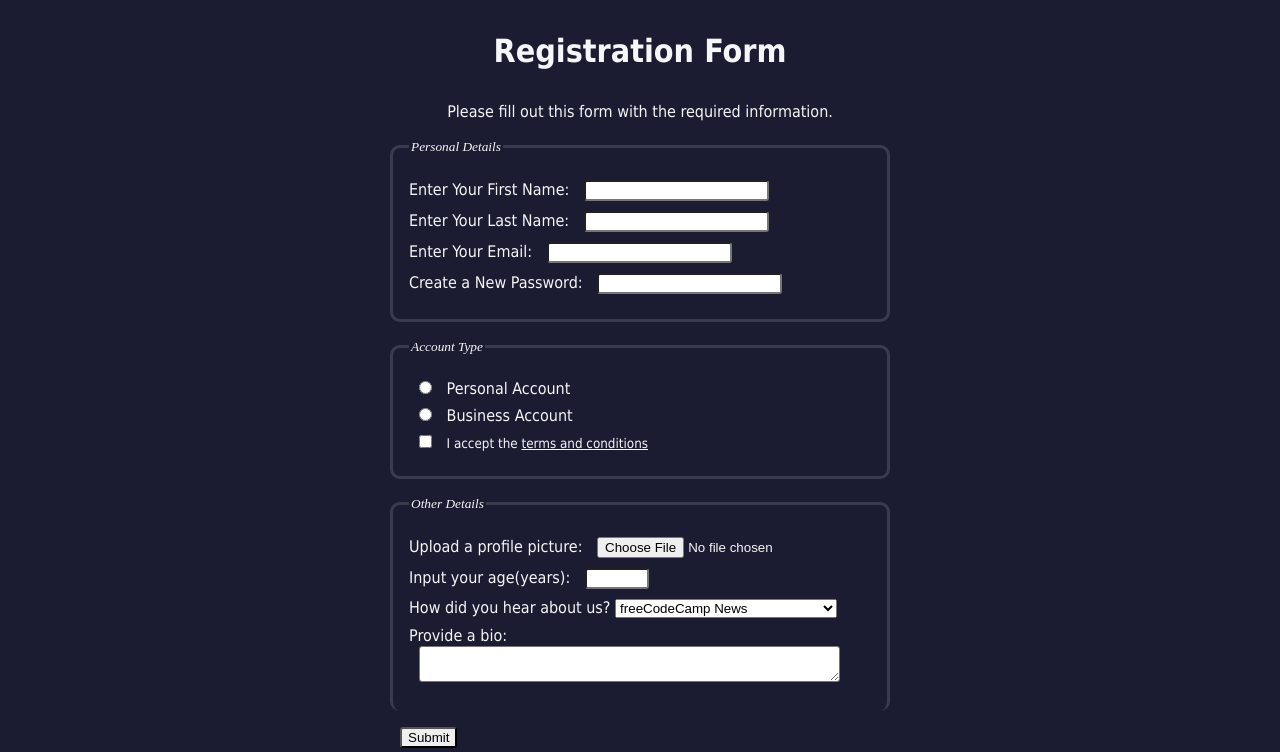
Repository: Lungdjos/registration_form
Page: index.html
An editor plug-in stored every save of this project. The page is shown before and after the next save, followed by the edit.
The browser window is 1280 px wide. The pictures show the whole page.

Above is the page before, as saved 2023-09-29 09:25:24.

### index.html
<!DOCTYPE html>
<html lang="en">

<head>
    <meta charset="UTF-8">
    <meta name="viewport" content="width=device-width, initial-scale=1.0">
    <title>Registration Form</title>
    <link rel="stylesheet" href="indexStyles.css">
</head>

<body>
    <h1>Registration Form</h1>
    <p>Please fill out this form with the required information.</p>
    <form action="https://register-demo.freecodecamp.org" method="post">
        <fieldset>
            <legend> <small>Personal Details</small> </legend>
            <label for="first-name">Enter Your First Name: <input type="text" id="first-name" name="first-name" required> </label>
            <label for="last-name">Enter Your Last Name: <input type="text" id="last-name" name="last-name" required> </label>
            <label for="email">Enter Your Email: <input type="email" id="email" name="email" required> </label>
            <label for="new-password">Create a New Password: <input type="password" name="password" id="new-password" pattern="[A-Za-z0-9]{8,}" minlength="8" required> </label>
        </fieldset>
        <fieldset>
            <legend> <small>Account Type</small></legend>
            <label for="personal-account"> <input type="radio" name="account-type" id="personal-account"> Personal Account</label>
            <label for="business-account"> <input type="radio" name="account-type" id="business-account"> Business Account</label>
            <label for="terms-and-conditions"> <input type="checkbox" name="ts-and-cs" id="terms-and-conditions" required> <small>I accept the <a href="https://www.freecodecamp.org/news/terms-of-service/">terms and conditions</a> </small> </label>
        </fieldset>
        <fieldset>
            <legend> <small>Other Details</small></legend>
            <label for="profile-pic">Upload a profile picture: <input type="file" name="profile-piture" id="profile-pic"></label>
            <label for="age">Input your age(years): <input type="number" name="age" id="age" min="13" max="100"> </label>

            <label for="referrer"> How did you hear about us?
                <select name="referrer" id="referrer">
                    <option value="">(select one)</option>
                    <option value="1" selected name="news">freeCodeCamp News</option>
                    <option value="2" name="youtube" >freeCodeCamp YouTube Channel</option>
                    <option value="3" name="forum" >freeCodeCamp Forum</option>
                    <option value="4" name="other" >Other</option>
                </select>
            </label>
            <label for="bio">Provide a bio:
                <textarea name="biography" id="bio" cols="50" rows="2" placeholder="I like coding on the beach..." >
                </textarea>
            </label>
        </fieldset>

        <input type="submit" value="Submit" name="submit" id="">
    </form>
</body>

</html>

### indexStyles.css
/* CSS for the Registration Form */

body {
    width: 100%;
    height: 100vh;
    /* will need to set the value to */
    margin: 0;
    background-color: #1b1b32;
    color: #f5f6f7;
    font-size: 16px;
    font-family: Tahoma;
}

label {
    display: block;
    margin: .5rem 0;
}

a {
    color: #f5f6f7;
}

form {
    margin: 0px 30px 0px 30px;
}

fieldset {
    margin: 15px 0px 15px 0px;
    border-radius: 10px;
    border: 3px solid #3b3b4f;
    padding: 1rem;
}

fieldset:last-of-type {
    border-bottom: none;
}

input,
textarea {
    margin: 1px 10px 1px 10px;
    border-radius: 3px;
}

legend {
    font-style: italic;
    font-family: 'Times New Roman', Times, serif;
}

h1,
p {
    margin: 1em auto;
    text-align: center;
}

form {
    margin: 0 auto;
    max-width: 500px;
    min-width: 300px;
    width: 60vw;
}

After the next save:
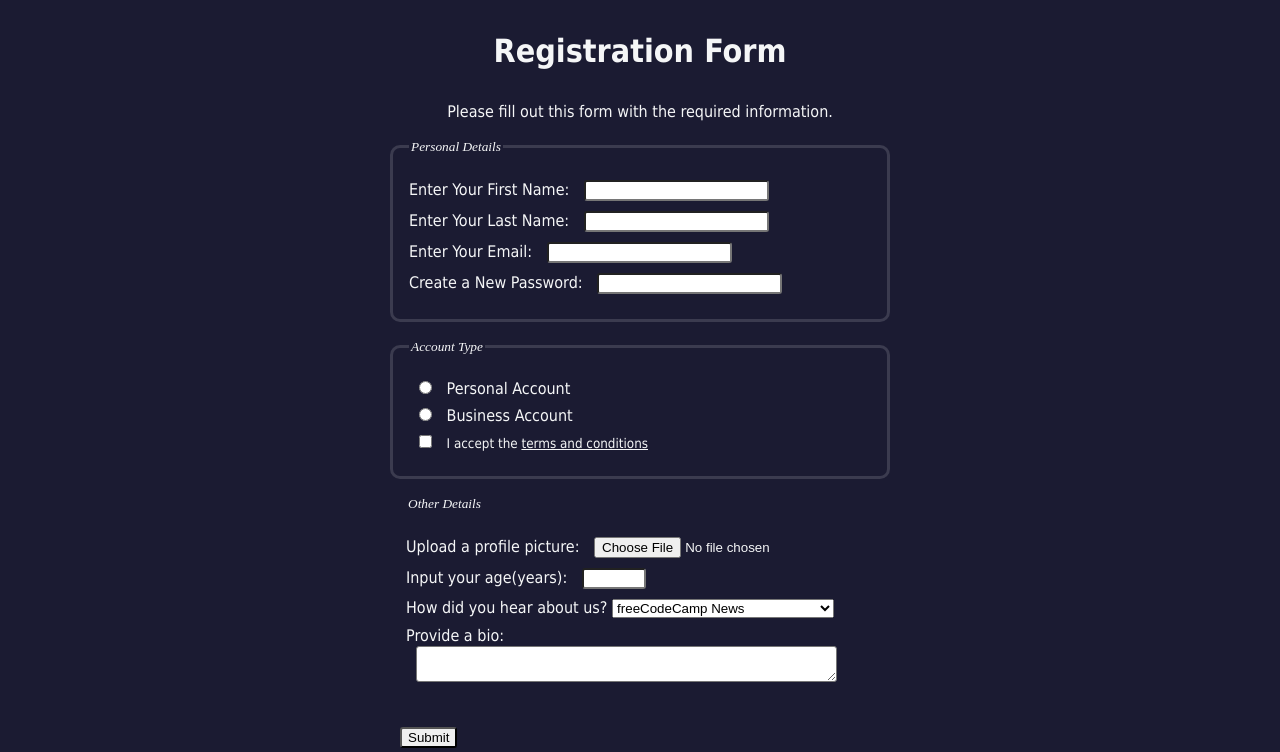
Saved 16 s later.
--- a/indexStyles.css
+++ b/indexStyles.css
@@ -32,7 +32,7 @@ fieldset {
 }
 
 fieldset:last-of-type {
-    border-bottom: none;
+    border: none;
 }
 
 input,
